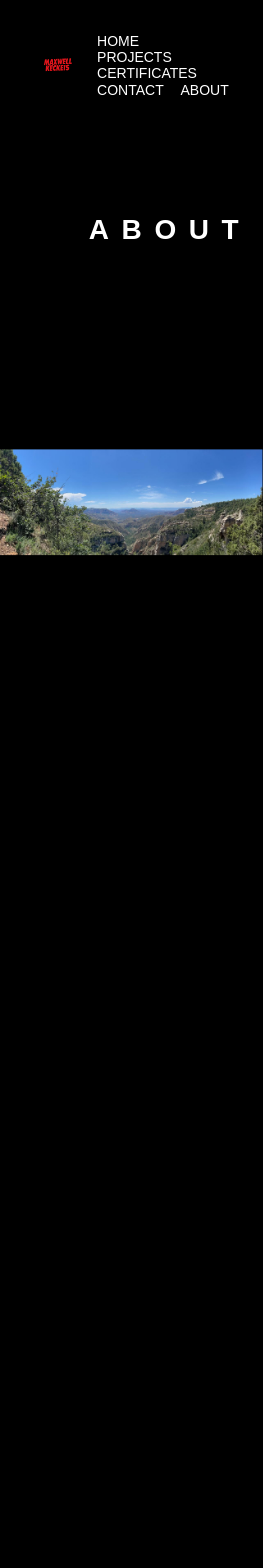
Repository: Maxwell-Keckeis/Maxwell-Keckeis.github.io
Page: about.html
An editor plug-in stored every save of this project. The page is shown before and after the next save, followed by the edit.
The browser window is 375 px wide. The pictures show the part of the page from y = 0 to 2240 px (the page is 2393 px tall before and 2807 px after), at 70% of full size.
Some web fonts or font styles are not loaded; a fallback is used.

Above is the page before, as saved 2026-02-07 14:06:05.

After the next save:
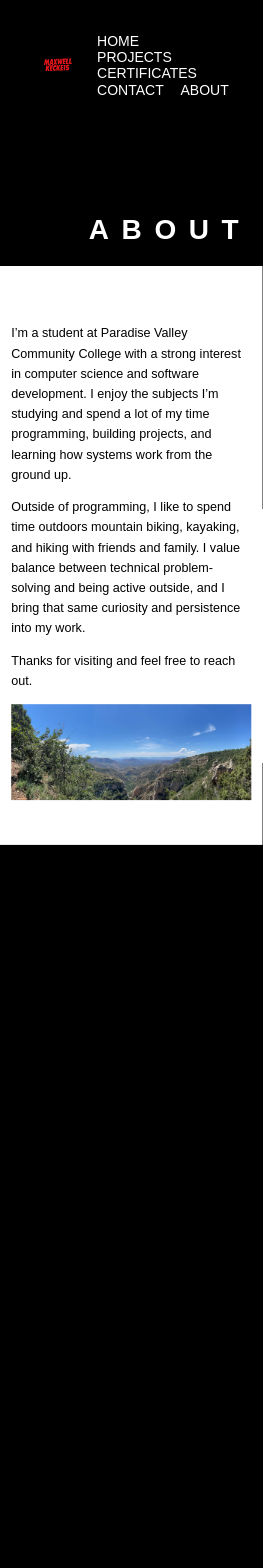
Saved 5 s later.
--- a/css/styles.css
+++ b/css/styles.css
@@ -126,7 +126,7 @@
 }
 
 /* FULL-WIDTH WHITE BACKGROUND */
-.about-section {
+.section {
   font-family: "Anton SC", sans-serif;
   font-size: 18px;   /* try 18–20px */
   line-height: 1.6;  /* improves readability */
@@ -136,7 +136,7 @@
 }
 
 /* CENTERED CONTENT BLOCK */
-.about-content {
+.content {
   color: black;
   max-width: 900px;
   margin: 0 auto;    /* centers content */
@@ -145,11 +145,11 @@
 
 /* MOBILE */
 @media (max-width: 600px) {
-  .about-section {
+  .section {
     padding: 40px 0;
   }
 
-  .about-content {
+  .content {
     padding: 24px 16px;
   }
 }
